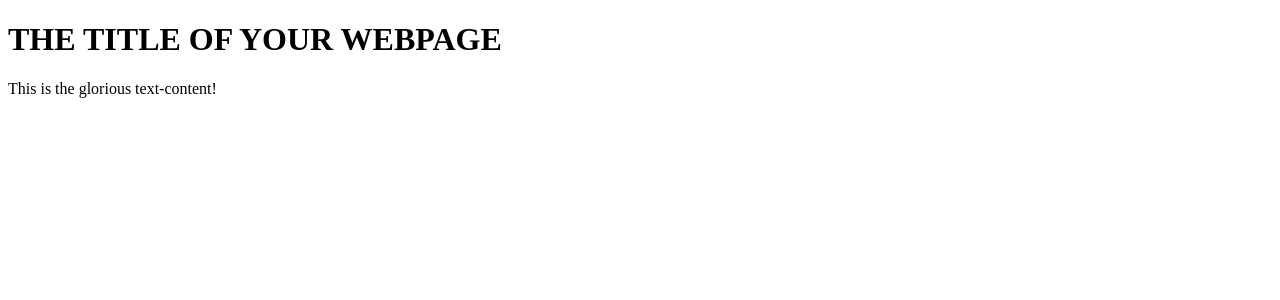
Repository: mnhardy1504/odin-recipes1
Page: repos/js-practice/indextwo.html
These files come from the project's save history. The page is drawn as it stood at one moment and after the next save; the edit follows.
The browser window is 1280 px wide. The pictures show the whole page.

Above is the page before, as saved 2023-10-14 18:56:44.
Console error: SyntaxError: missing ) after argument list

After the next save:
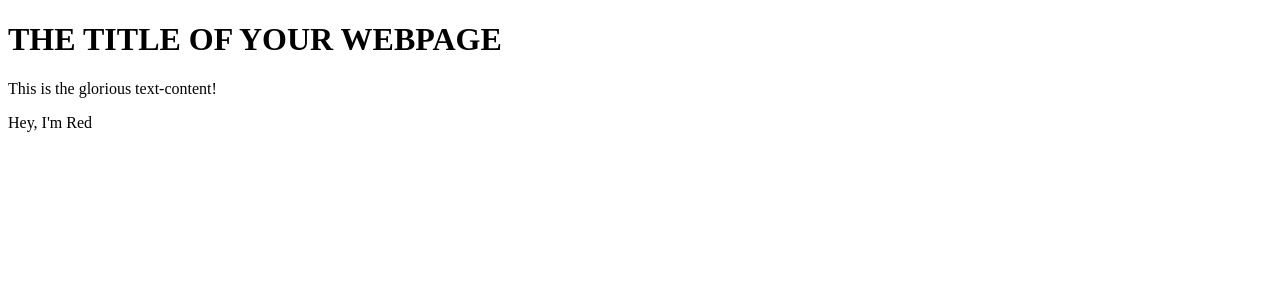
The error is gone.
Saved 9 min 50 s later.
--- a/repos/js-practice/indextwo.js
+++ b/repos/js-practice/indextwo.js
@@ -1,7 +1,8 @@
 const container = document.querySelector('#container');
 
 const content = document.createElement('p');
-content.classList.add(color : 'red');
-content.textContent = 'Hey, Im Red';
+content.textContent = 'Hey, I\'m Red';
+
+content.classList.add('red-text');
 
 container.appendChild(content);
